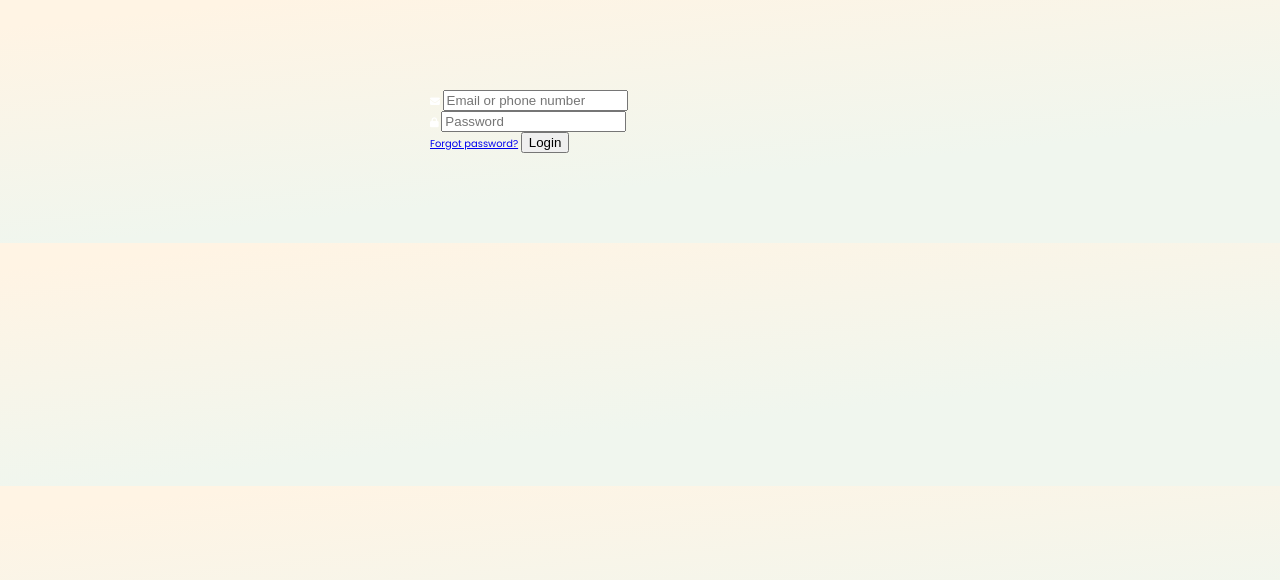
Repository: VuTuanAnh0949/loginForm
Page: index.html
These files come from the project's save history. The page is drawn as it stood at one moment and after the next save; the edit follows.
The browser window is 1280 px wide. The pictures show the whole page.

Above is the page before, as saved 2022-04-15 20:36:32.

After the next save:
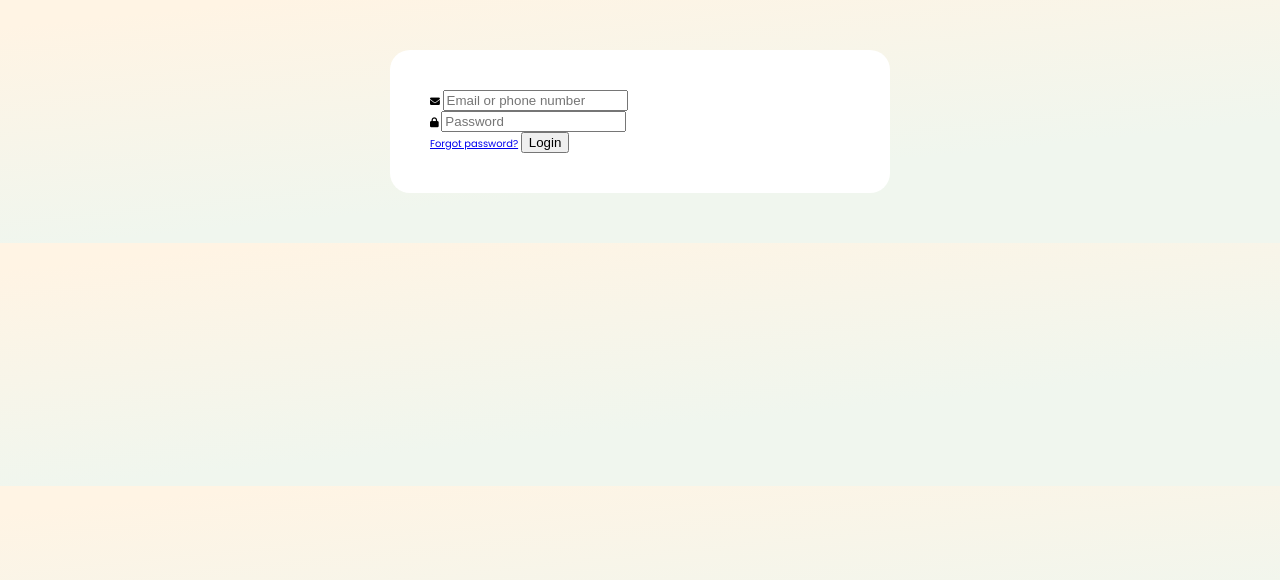
Saved 46 s later.
--- a/style.css
+++ b/style.css
@@ -12,5 +12,6 @@ body{
   width: 500px;
   margin: 50px auto;
 padding: 40px;
-color: white;
+background-color: white;
+border-radius: 20px;
 }
